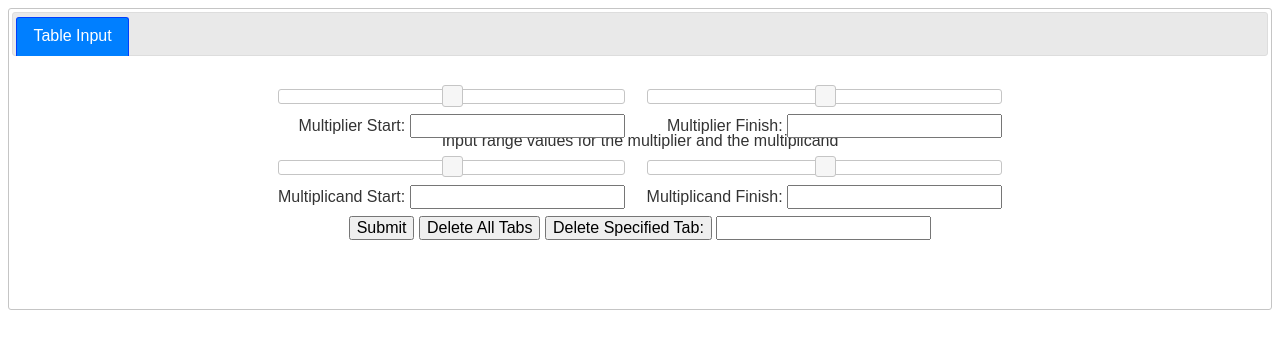
Repository: khrasna/HW4Part2
Page: index.html
The author's editor kept a copy of each file at every save. The page is drawn from the files as they stood at one save, then again after the next save.
The browser window is 1280 px wide. The pictures show the whole page.
Some web libraries are served in a nearby version.

Above is the page before, as saved 2021-11-22 16:32:47.

After the next save:
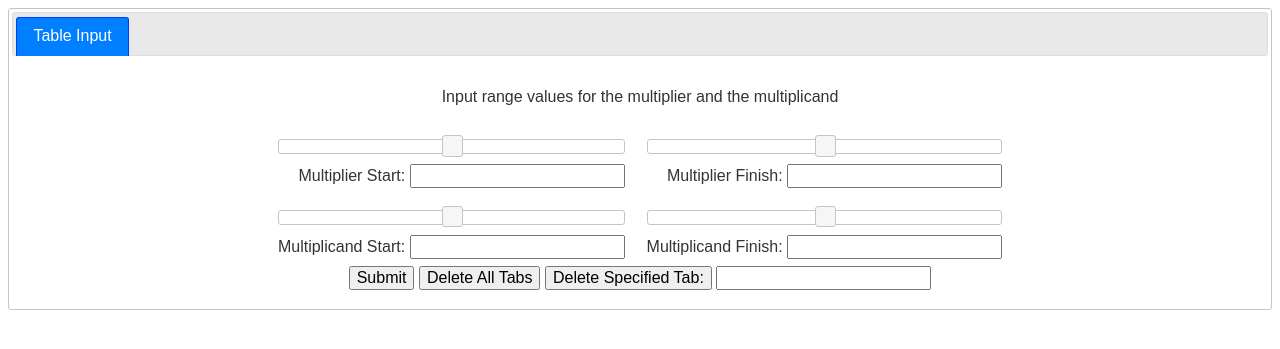
Saved 28 s later.
--- a/index.html
+++ b/index.html
@@ -21,41 +21,43 @@ By Karsten Hrasna  email Karsten_Hrasna@student.uml.edu-->
             <li><a href='#tab1'>Table Input</a></li>
         </ul>
         <div id="tab1">
-            <p>Input range values for the multiplier and the multiplicand</p>
-            <!-- Learned from W3schools. Creates a form which takes number ranges for multiplier and multiplicand. -->
-            <form id="FormInput" action="javascript:void(0);" method="get">
-                <!--Learned about javascript:void(0) from Dutchie432 at https://stackoverflow.com/questions/1818249/form-with-no-action-and-where-enter-does-not-reload-page-->
-                <table>
-                    <tr>
+            <div id="row1">
+                <p>Input range values for the multiplier and the multiplicand</p>
+                <!-- Learned from W3schools. Creates a form which takes number ranges for multiplier and multiplicand. -->
+                <form id="FormInput" action="javascript:void(0);" method="get">
+                    <!--Learned about javascript:void(0) from Dutchie432 at https://stackoverflow.com/questions/1818249/form-with-no-action-and-where-enter-does-not-reload-page-->
+                    <table>
+                        <tr>
 
-                        <td class="pad">
-                            <div id="slider-1" class="refresh"></div>
-                            Multiplier Start: <input input="text" class="refresh" name="MultiplierStart">
-                        </td>
+                            <td class="pad">
+                                <div id="slider-1" class="refresh"></div>
+                                Multiplier Start: <input input="text" class="refresh" name="MultiplierStart">
+                            </td>
 
-                        <td>
-                            <div id="slider-2" class="refresh"></div>
-                            Multiplier Finish: <input type="text" class="refresh" name="MultiplierFinish">
-                        </td>
-                    </tr>
-                    <tr>
-                        <td class="pad">
-                            <div id="slider-3" class="refresh"></div>
-                            Multiplicand Start: <input type="text" class="refresh" name="MultiplicandStart">
-                        </td>
+                            <td>
+                                <div id="slider-2" class="refresh"></div>
+                                Multiplier Finish: <input type="text" class="refresh" name="MultiplierFinish">
+                            </td>
+                        </tr>
+                        <tr>
+                            <td class="pad">
+                                <div id="slider-3" class="refresh"></div>
+                                Multiplicand Start: <input type="text" class="refresh" name="MultiplicandStart">
+                            </td>
 
-                        <td>
-                            <div id="slider-4" class="refresh"></div>
-                            Multiplicand Finish: <input type="text" class="refresh" name="MultiplicandFinish">
-                        </td>
-                    </tr>
-                </table>
-                <input type="submit" value="Submit">
-                <input type="button" name="clear" value="Delete All Tabs">
-                <input type="button" name="clearx" value="Delete Specified Tab:">
-                <input type="text" name="clearinput">
-                <!--goes directly under form and processes the input to create a mult table-->
-            </form>
+                            <td>
+                                <div id="slider-4" class="refresh"></div>
+                                Multiplicand Finish: <input type="text" class="refresh" name="MultiplicandFinish">
+                            </td>
+                        </tr>
+                    </table>
+                    <input type="submit" value="Submit">
+                    <input type="button" name="clear" value="Delete All Tabs">
+                    <input type="button" name="clearx" value="Delete Specified Tab:">
+                    <input type="text" name="clearinput">
+                    <!--goes directly under form and processes the input to create a mult table-->
+                </form>
+            </div>
         </div>
     </div>
 
